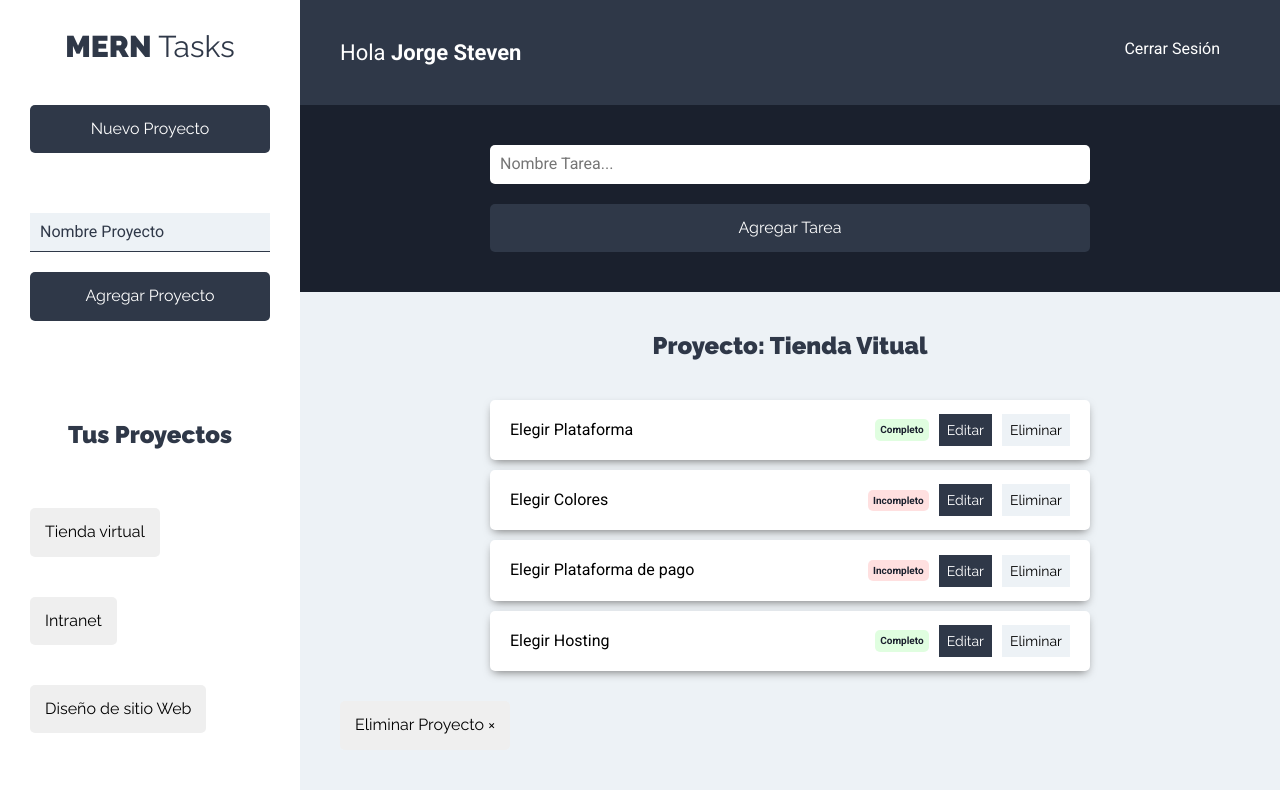
Repository: tive02/MERNTask-cliente
Page: /proyectos
These files come from the project's save history. The page is drawn as it stood at one moment and after the next save; the edit follows.
The browser window is 1280 px wide. The pictures show the whole page.
The project was rebuilt for these pictures with package versions that can differ from the ones it lists, and the page was loaded fresh each time. Also part of the build but not shown: src/components/auth/Login.js, src/components/auth/NuevaCuenta.js.

Above is the page before, as saved 2021-03-20 10:15:52.

After the next save:
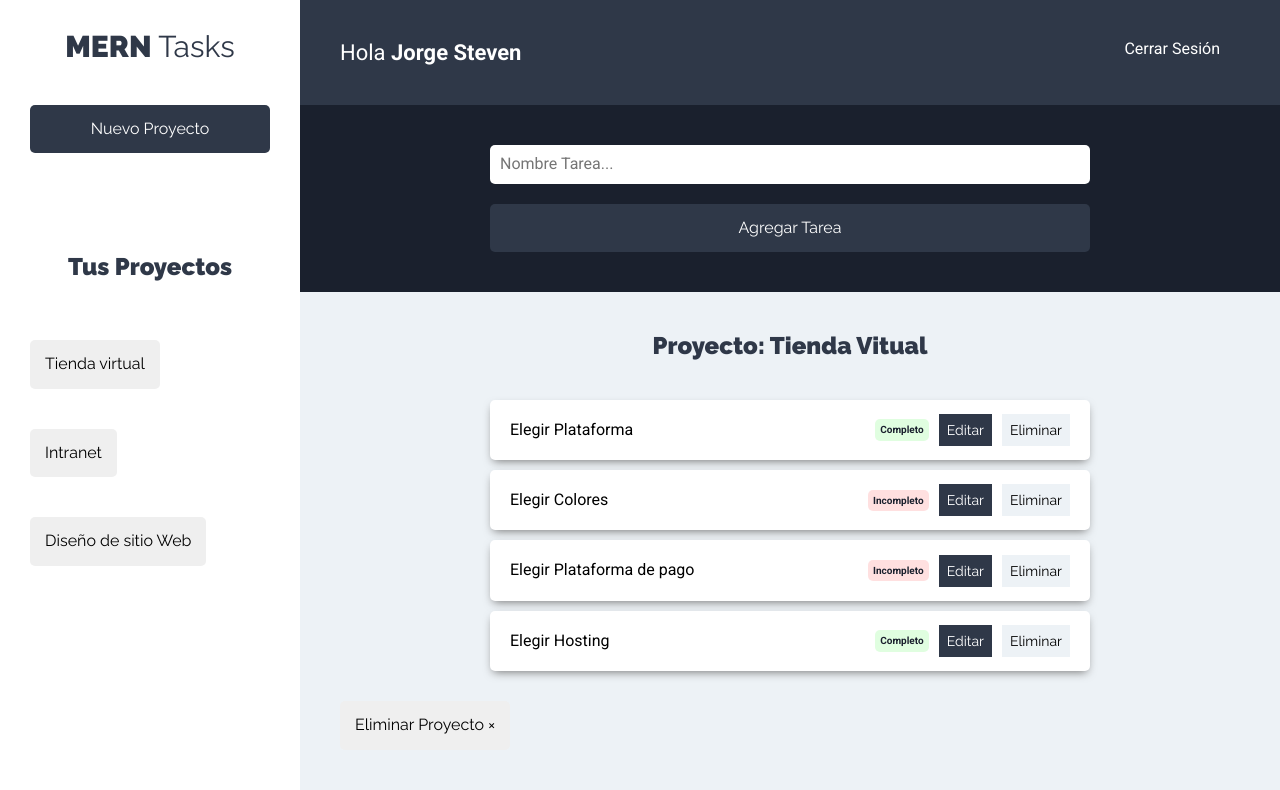
Saved 95 s later.
--- a/src/components/proyectos/NuevoProyecto.js
+++ b/src/components/proyectos/NuevoProyecto.js
@@ -35,21 +35,23 @@ const NuevoProyecto = () => {
       <button className="btn btn-block btn-primario" type="button">
         Nuevo Proyecto
       </button>
-      <form className="formulario-nuevo-proyecto" onSubmit={onSubmitProyecto}>
-        <input
-          type="text"
-          className="input-text"
-          placeholder="Nombre Proyecto"
-          name="nombre"
-          onChange={onChangeProyecto}
-          value={nombre}
-        />
-        <input
-          type="submit"
-          className="btn btn-block btn-primario"
-          value="Agregar Proyecto"
-        />
-      </form>
+      {formulario ? (
+        <form className="formulario-nuevo-proyecto" onSubmit={onSubmitProyecto}>
+          <input
+            type="text"
+            className="input-text"
+            placeholder="Nombre Proyecto"
+            name="nombre"
+            onChange={onChangeProyecto}
+            value={nombre}
+          />
+          <input
+            type="submit"
+            className="btn btn-block btn-primario"
+            value="Agregar Proyecto"
+          />
+        </form>
+      ) : null}
     </Fragment>
   );
 };
